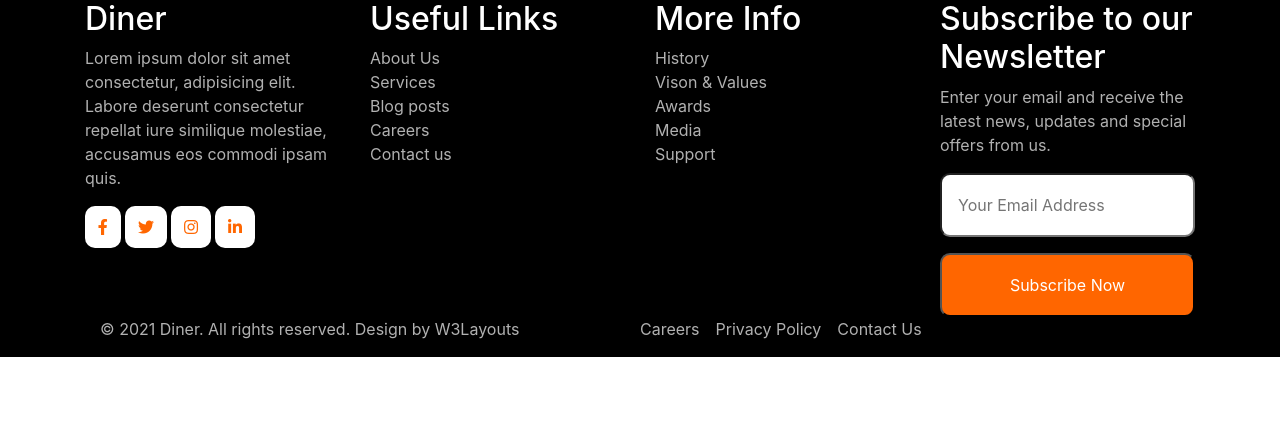
Repository: ngoctinvo/diner_project_cybersoft
Page: index.html
An editor plug-in stored every save of this project. The page is shown before and after the next save, followed by the edit.
The browser window is 1280 px wide. The pictures show the whole page.
Some web libraries are served in a nearby version. The style sheet was rebuilt from its Sass, Less or Tailwind sources for each picture, by a compiler version that may differ from the author's.

Above is the page before, as saved 2022-04-16 15:38:49.
Not found: js/index.js

After the next save:
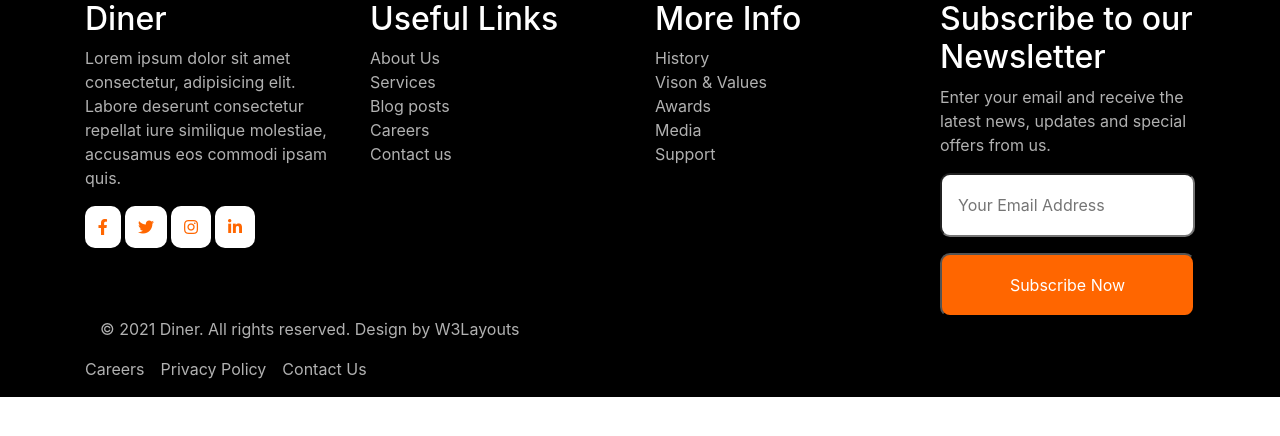
Saved 7 s later.
--- a/sass/index.scss
+++ b/sass/index.scss
@@ -44,11 +44,7 @@
             color: white;
         }
     }
-    .copyright {
-        display: flex;
-        flex-direction: row;
-        flex-wrap: wrap;
-    }
+    .copyright {}
     .copyright .nav ul {
         display: flex;
         flex-direction: row;
